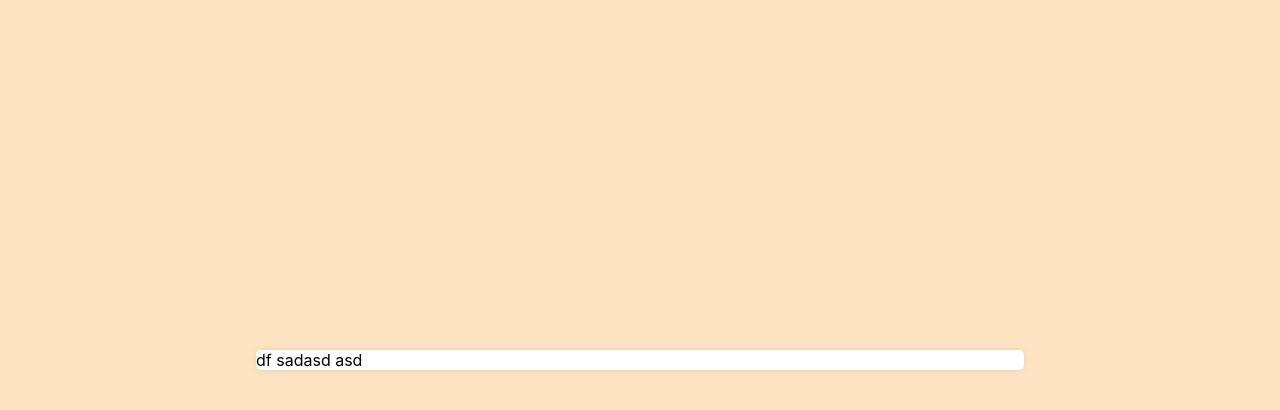
Repository: drumsmanku/test-1
Page: / (app in client/)
An editor plug-in stored every save of this project. The page is shown before and after a run of saves, followed by the edit.
The browser window is 1280 px wide. The pictures show the whole page.
The project was rebuilt for these pictures with package versions that can differ from the ones it lists, and the page was loaded fresh each time. Also part of the build but not shown: client/src/App.css.

Above is the page before, as saved 2023-08-31 09:37:11.

### client/src/App.js
import './App.css';
import Login from './Components/Login/Login';

function App() {
  return (
    <div className="App">
      <Login/>
    </div>
  );
}

export default App;

### client/src/Components/Login/Login.js
import React from 'react';
import styles from './Login.module.css'

function Login() {
  return (
    <div className={styles.container}>

      <div className={styles.loginContainer}>
        df
        sadasd
        asd

      </div>
    </div>
  )
}

export default Login

### client/src/Components/Login/Login.module.css
.container{
  background-color: bisque;
  height: 100vh;
  width: 100%;
  display: flex;
  align-items: center;
  justify-content: center;
}
.loginContainer{
  width: 60%;
  display: flex;
  background-color: white;
  box-shadow: 0 0 0.4rem 	rgb(0,0,0, 0.1);
  border-radius: 0.3rem;
}

Loaded but not shown: client/public/index.html (common file); client/src/index.js (common file); client/src/index.css (common file)

After the next 2 saves:
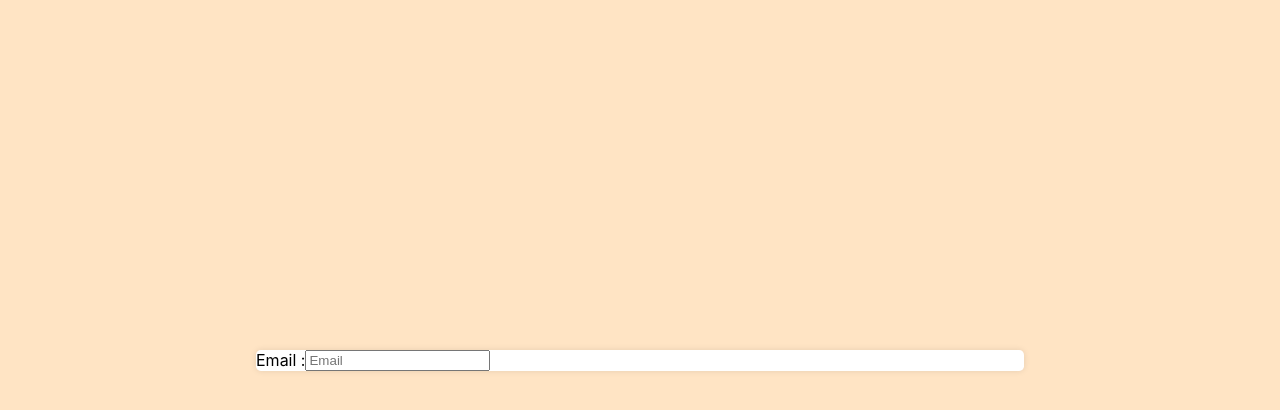
The 2 saves are shown as one change because 1 did not build or start.
The last was saved 113 s later.
--- a/client/src/Components/Login/Login.js
+++ b/client/src/Components/Login/Login.js
@@ -6,9 +6,8 @@ function Login() {
     <div className={styles.container}>
 
       <div className={styles.loginContainer}>
-        df
-        sadasd
-        asd
+        <label htmlFor="email">Email :</label>
+        <input type="email" name='email'   placeholder='Email' />
 
       </div>
     </div>
